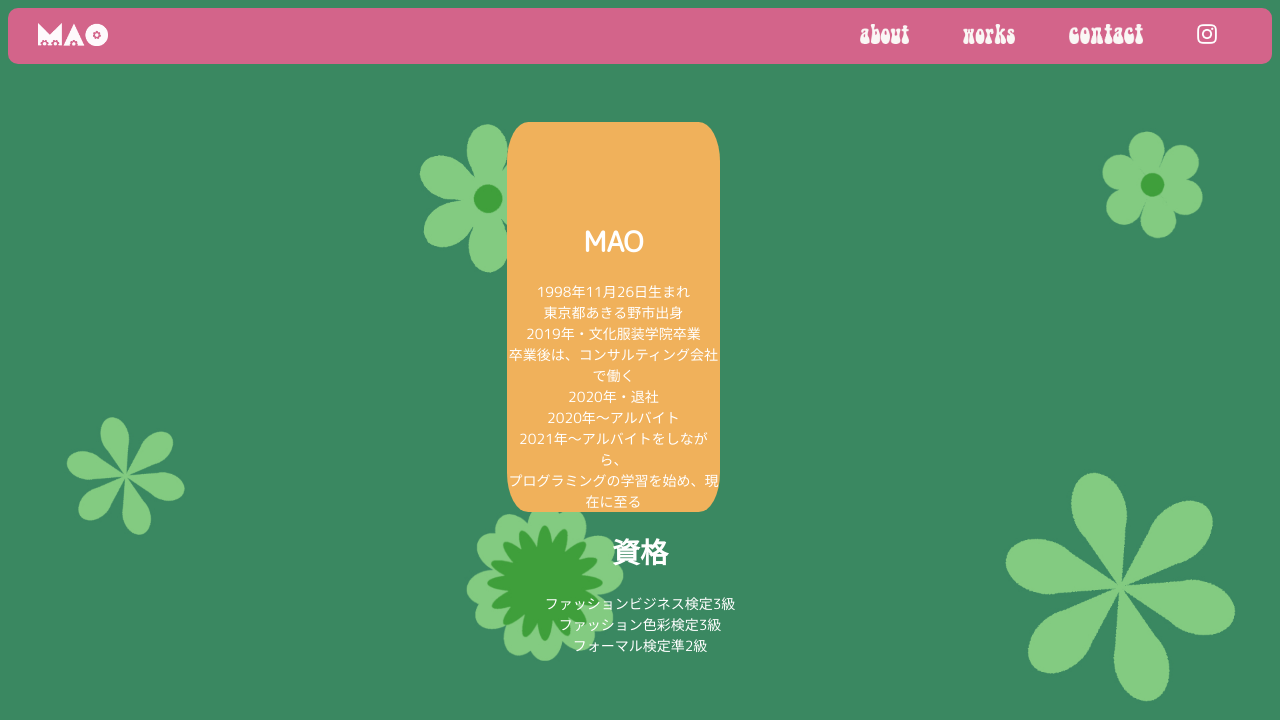
Repository: HarashimaMao/portfolio
Page: about.html
The author's editor kept a record of every edit. The page is drawn from the files as they stood at one moment, then again after the next edit.
The browser window is 1280 px wide. The pictures show the whole page.

Above is the page before.

### about.html
<!DOCTYPE html>
<html lang ="ja">
    <head>
        <meta charset="utf-8">
        <title>HarashimaMao</title>
        <style>


          body {
              background-image: url(images/my_home_page2.jpg);
              background-size: cover;
          }

          .header {
              width: 100%;
              display: flex;
              background-color: #D3648A;
              justify-content: space-between;
              border-radius: 10px;
          }

          .header-logo {
              margin-top: 15px;
              margin-left: 30px;
          }

          ul {
              list-style: none;
              margin-right: 5px;

          }

          li {
              display: inline-block;
              margin-right: 50px;
          }

          .main {
              color: #FFF;
              font-family: "M PLUS Rounded 1c";
              text-align: center;
          }

          .main img {
              position: relative;
              top: 60px;
          }

          .container {
              font-size: 14px;
              margin: 0;
              position: absolute;
              top: 55%;
              left: 50%;
              margin-right: -50%;
              transform: translate(-50%,-50%)
          }

          .square {
              position: relative;
              width: 80%;
              padding-top: 30%;
              background: #F0B15B;
              border-radius: 10%;
          }

        </style>

        <link href="https://fonts.googleapis.com/css?family=M+PLUS+Rounded+1c" rel="stylesheet">
    </head>
    <body>
        <div class="header">
            <div class="header-logo">
                <a href="top.html"><img src="images/MAOlogo.png" width="70px"></a>
            </div>
            <div class="header-list">
                <ul>
                    <li><a href="about.html"><img src="images/about.png" alt="about" height="20px"></a></li>
                    <li><a href="works.html"><img src="images/works.png" alt="works" height="20px"></a></li>
                    <li><a href="contact.html"><img src="images/contact.png" alt="contact" height="20px"></a></li>
                    <li><a href="https://www.instagram.com/mao_yz/?hl=en"><img src="images/insta.png" alt="insta" height="20px"></a></li>
                </ul>
            </div>
        </div>

        <div class="main">
            <img src="images/about.png" alt="about">
            <div class="container">
                <div class="profile">
                <div class="square">
                    <h1>MAO</h1>
                    <p>1998年11月26日生まれ</br>東京都あきる野市出身</br>2019年・文化服装学院卒業</br>卒業後は、コンサルティング会社で働く</br>2020年・退社</br>2020年〜アルバイト</br>2021年〜アルバイトをしながら、</br>プログラミングの学習を始め、現在に至る</p>
                </div>

                <div class="license">
                    <h1>資格</h1>
                    <p>ファッションビジネス検定3級</br>ファッション色彩検定3級</br>フォーマル検定準2級</p>
                </div>
                </div>
            </div>


        </div>

        <script src="jquery-3.6.0.min.js"></script>
        <script>
             $(function(){
                $('.header').hover(
                    function(){
                        $(this).animate({
                            'font-size':'20px'
                        });
                    },
                    function(){
                        $(this).animate({
                            'font-size':'16px'
                        });
                    });
            });
        </script>
    </body>
</html>

Loaded but not shown: jquery-3.6.0.min.js (library)

After the next edit:
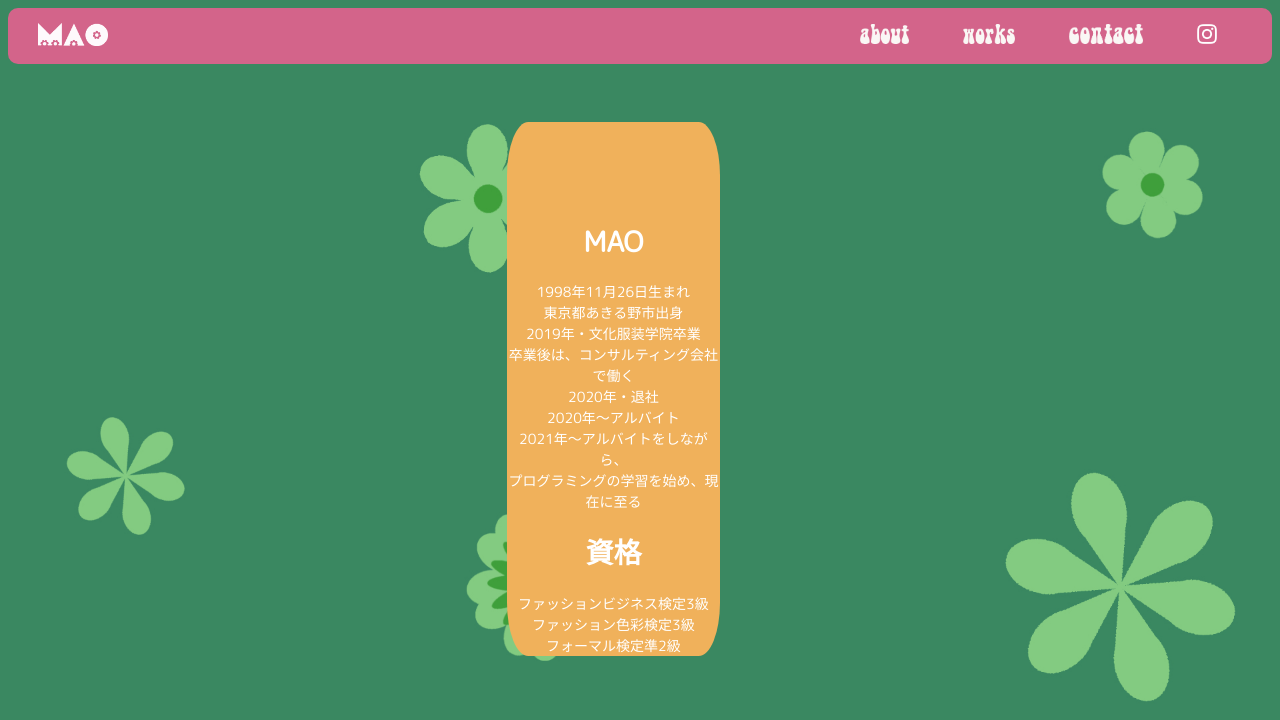
The edit:
--- a/about.html
+++ b/about.html
@@ -86,8 +86,8 @@
         <div class="main">
             <img src="images/about.png" alt="about">
             <div class="container">
+                <div class="square">
                 <div class="profile">
-                <div class="square">
                     <h1>MAO</h1>
                     <p>1998年11月26日生まれ</br>東京都あきる野市出身</br>2019年・文化服装学院卒業</br>卒業後は、コンサルティング会社で働く</br>2020年・退社</br>2020年〜アルバイト</br>2021年〜アルバイトをしながら、</br>プログラミングの学習を始め、現在に至る</p>
                 </div>
